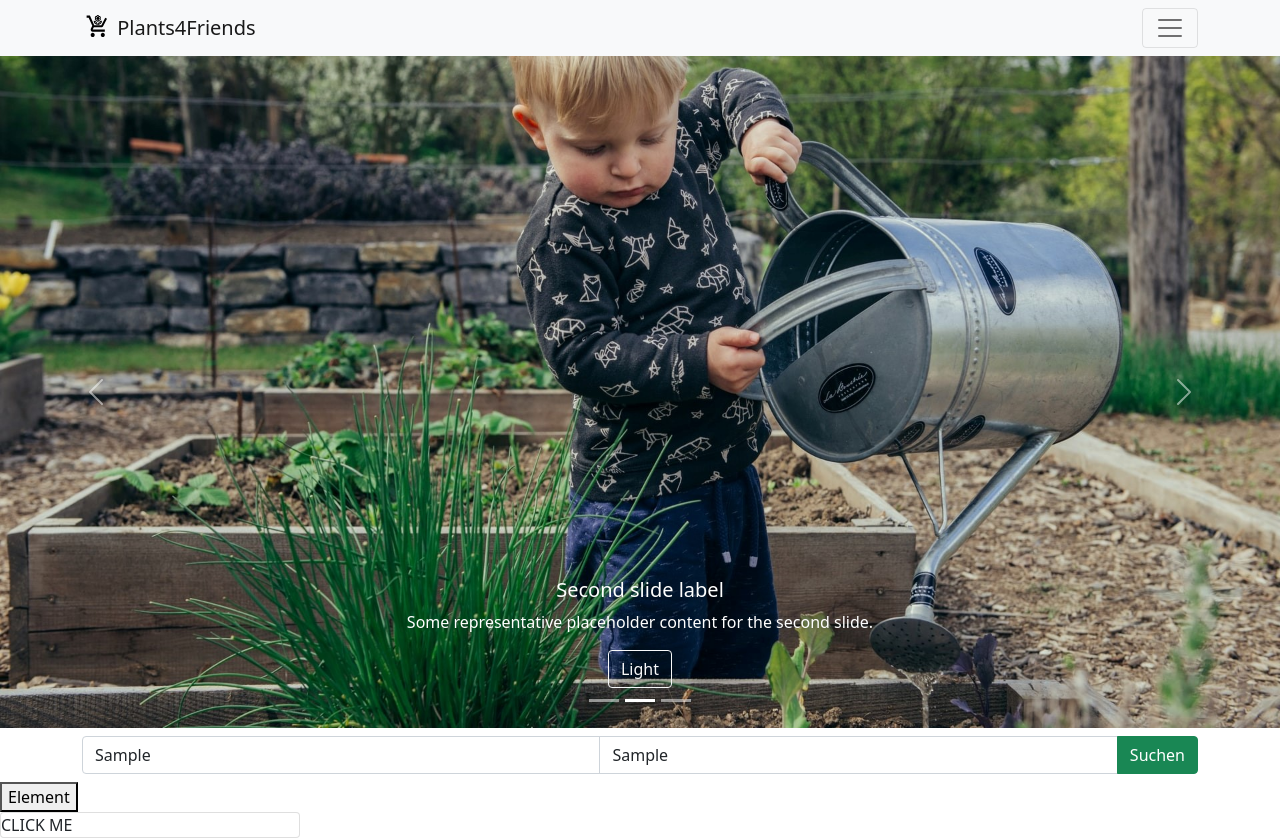
Repository: Carlson43/PlantsForFriends
Page: Website/index.html
These files come from the project's save history. The page is drawn as it stood at one moment and after the next save; the edit follows.
The browser window is 1280 px wide. The pictures show the whole page.
Empty fields were first filled with sample values (such as "Sample", 5 or name@example.com).
After loading, the first visible `button[onclick="addElement();"]` was clicked once.

Above is the page before, as saved 2022-01-03 21:42:58.

After the next save:
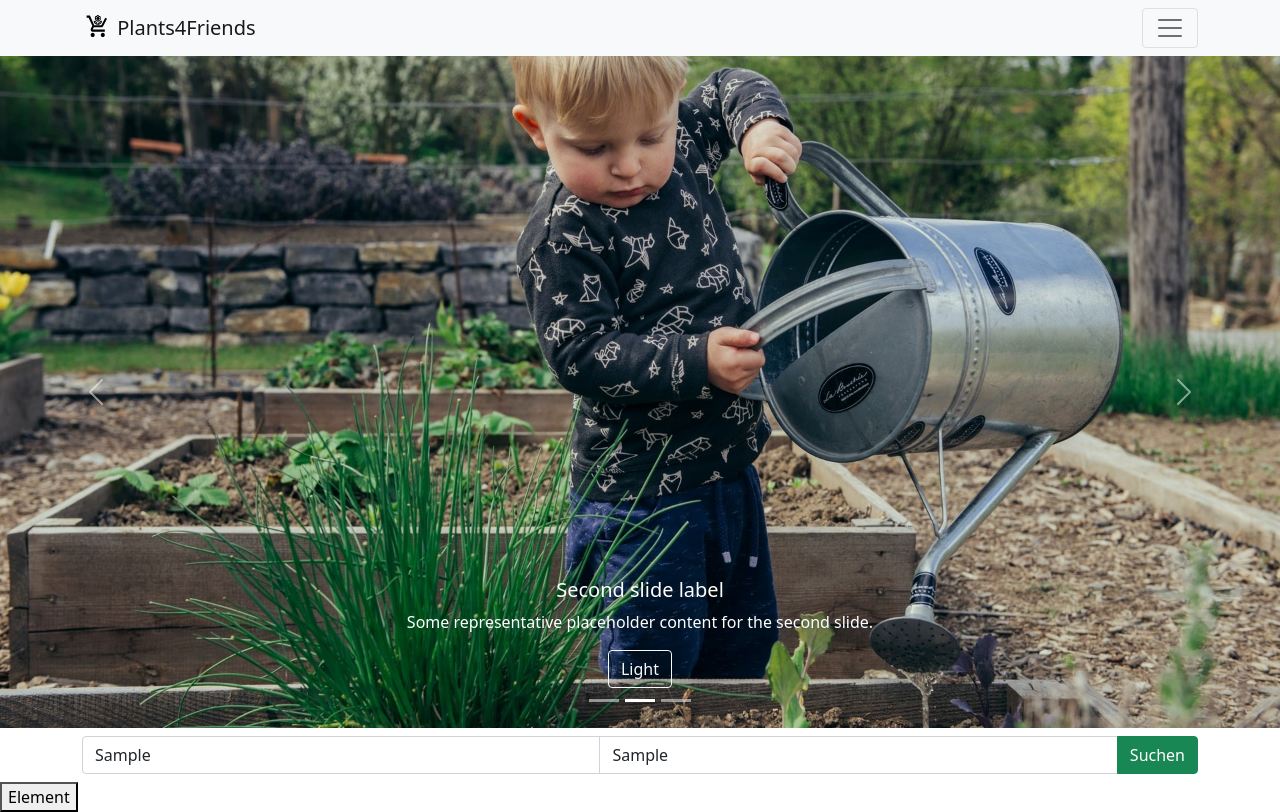
Console error: SyntaxError: Unexpected token '.'
Saved 116 s later.
--- a/Website/Backend.js
+++ b/Website/Backend.js
@@ -135,5 +135,6 @@
     document.body.appendChild(btn);
     document.getElementById("Test11").style.width = "300px";
     document.getElementById("Test11").style.length = "300px";
+    document["pic1"].src = ./Design-Ressourcen/Bilder/hand-saplings.jpg.src;
 
 }

After the save that followed:
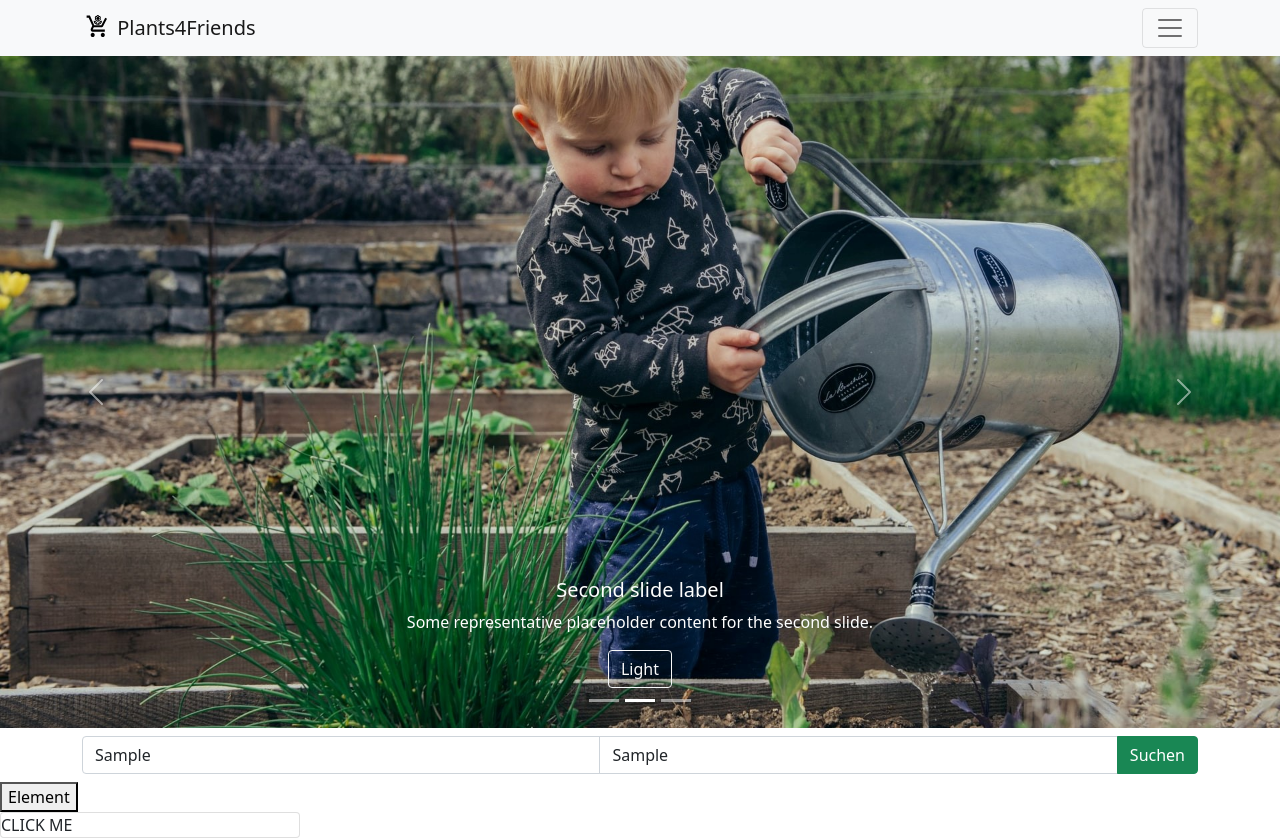
Console error: TypeError: Cannot set properties of undefined (setting 'src')
Saved 18 s later.
--- a/Website/Backend.js
+++ b/Website/Backend.js
@@ -135,6 +135,6 @@
     document.body.appendChild(btn);
     document.getElementById("Test11").style.width = "300px";
     document.getElementById("Test11").style.length = "300px";
-    document["pic1"].src = ./Design-Ressourcen/Bilder/hand-saplings.jpg.src;
+    document["pic1"].src = "./Design-Ressourcen/Bilder/hand-saplings.jpg";
 
 }
